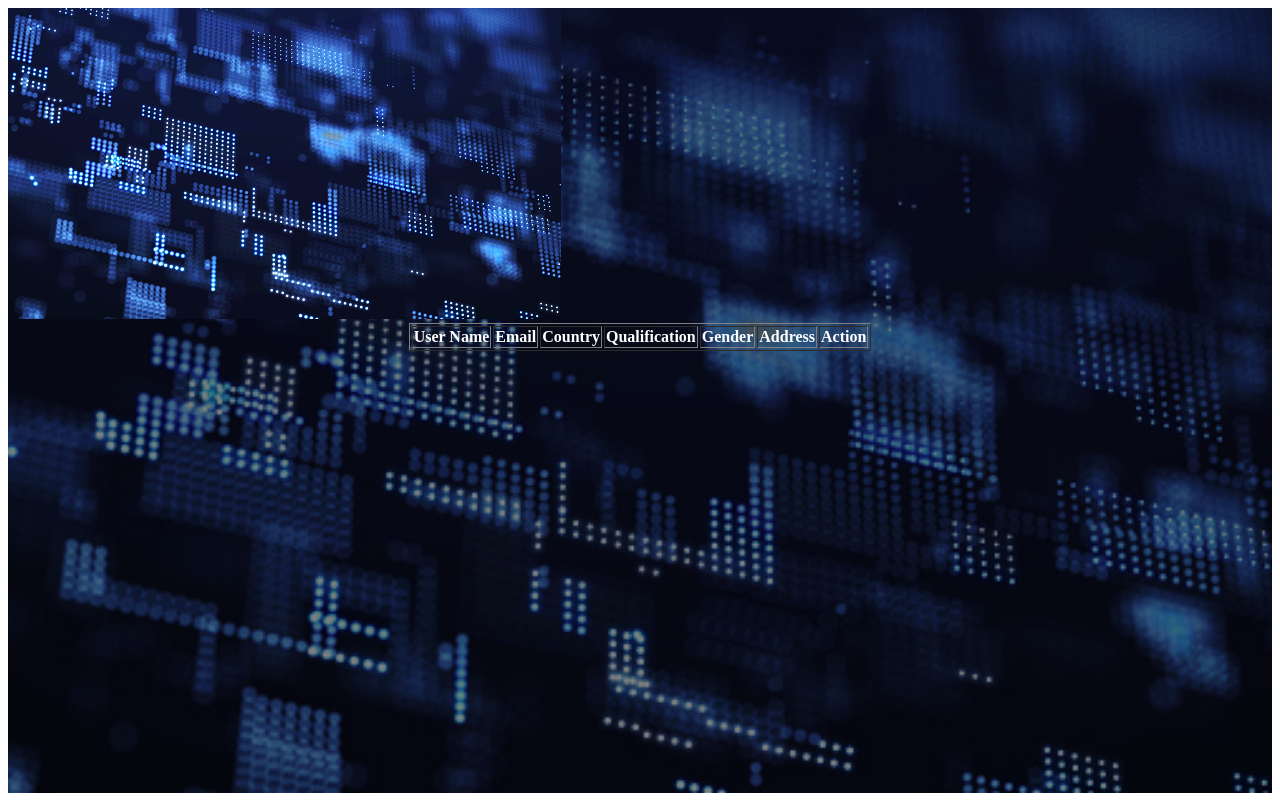
Repository: sainath0323/Website-design-using-J2EE
Page: http://localhost/AdvanceJavaApplication/viewsuccess.jsp
These files come from the project's save history. The page is drawn as it stood at one moment and after the next save; the edit follows.
The browser window is 1280 px wide. The pictures show the whole page.
The page is served by Tomcat 9. Other server files are loaded and not shown.

Above is the page before, as saved 2023-04-28 05:48:27.

### AdvanceJavaApplication/src/main/webapp/viewsuccess.jsp
<%@page import="com.sai.advanceapplication.viewusers.User"%>
<%@page import="java.util.List"%>
<%@ page language="java" contentType="text/html"%>
<%@taglib prefix="c"  uri="http://java.sun.com/jsp/jstl/core"%>
<!DOCTYPE html>
<html>
<head>
<style >

table{
margin: auto;
text-align: center;
}
.container{
  width: 100%;
    background:linear-gradient(to top,rgba(0,0,0,0.5)50%,rgba(0,0,0,0.5)50%),url(websiteimage.jpg)50%;
    background-position: center;
    background-size: cover;
    height: 109vh;
    color: white;
    }
</style>
</head>
<body>
<div class="container">
<img alt="" src="websiteimage.jpg">
<table border="1">
<tr>
<th>User Name</th>
<th>Email</th>
<th>Country</th>
<th>Qualification</th>
<th>Gender</th>
<th>Address</th>
<th>Action</th>
</tr>
<%   List<User>users= (List<User>) request.getAttribute("users"); %>
<c:forEach  items="${users }"  var="user" >
<tr>

<td> ${user.username}</td>
<td> ${user.email}</td>
<td> ${user.country}</td>
<td> ${user.qualification}</td>
<td> ${user.gender}</td>
<td> ${user.address}</td>
<td>
 <a href="#"><button>Edit</button> </a>
<a href="#"><button>Delete</button> </a>
 </td>


</tr>
</c:forEach>
</table>
</div>
</body>
</html>

After the next save:
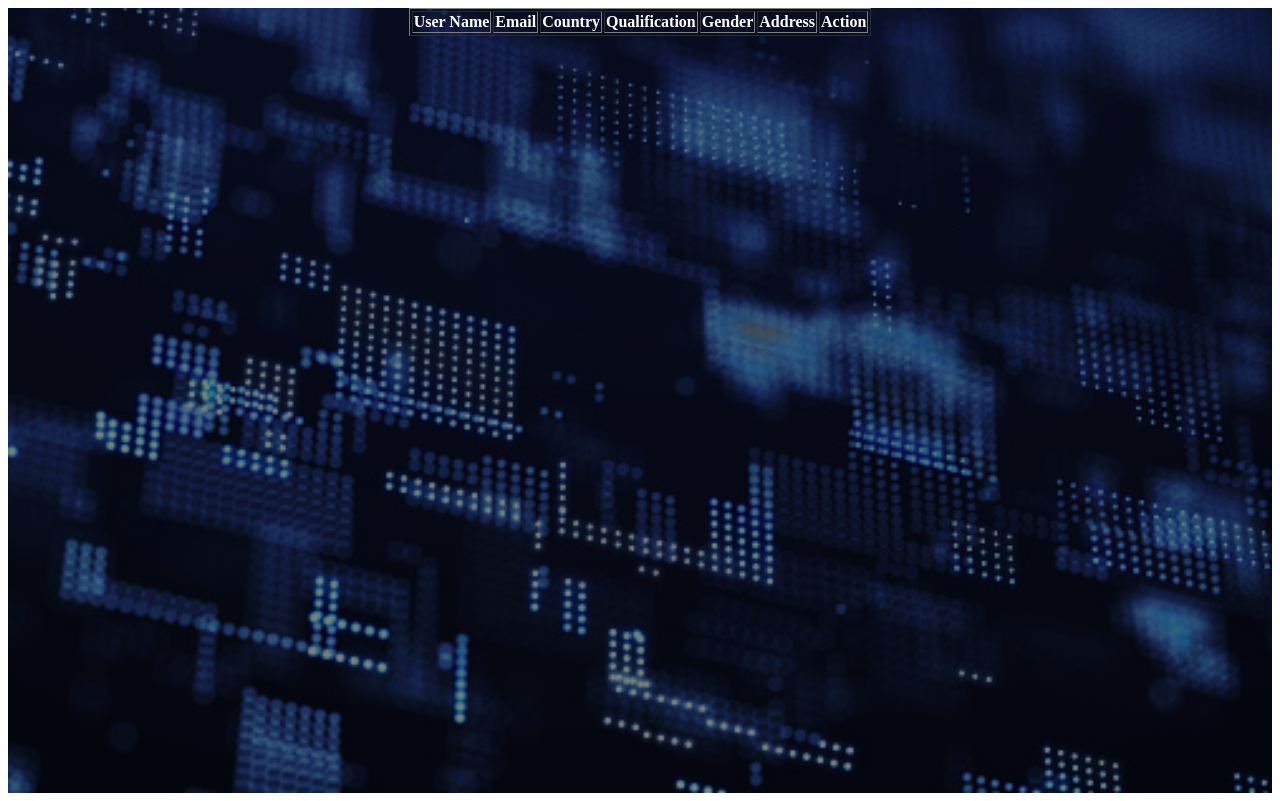
Saved 7 s later.
--- a/AdvanceJavaApplication/src/main/webapp/viewsuccess.jsp
+++ b/AdvanceJavaApplication/src/main/webapp/viewsuccess.jsp
@@ -23,7 +23,6 @@
 </head>
 <body>
 <div class="container">
-<img alt="" src="websiteimage.jpg">
 <table border="1">
 <tr>
 <th>User Name</th>
